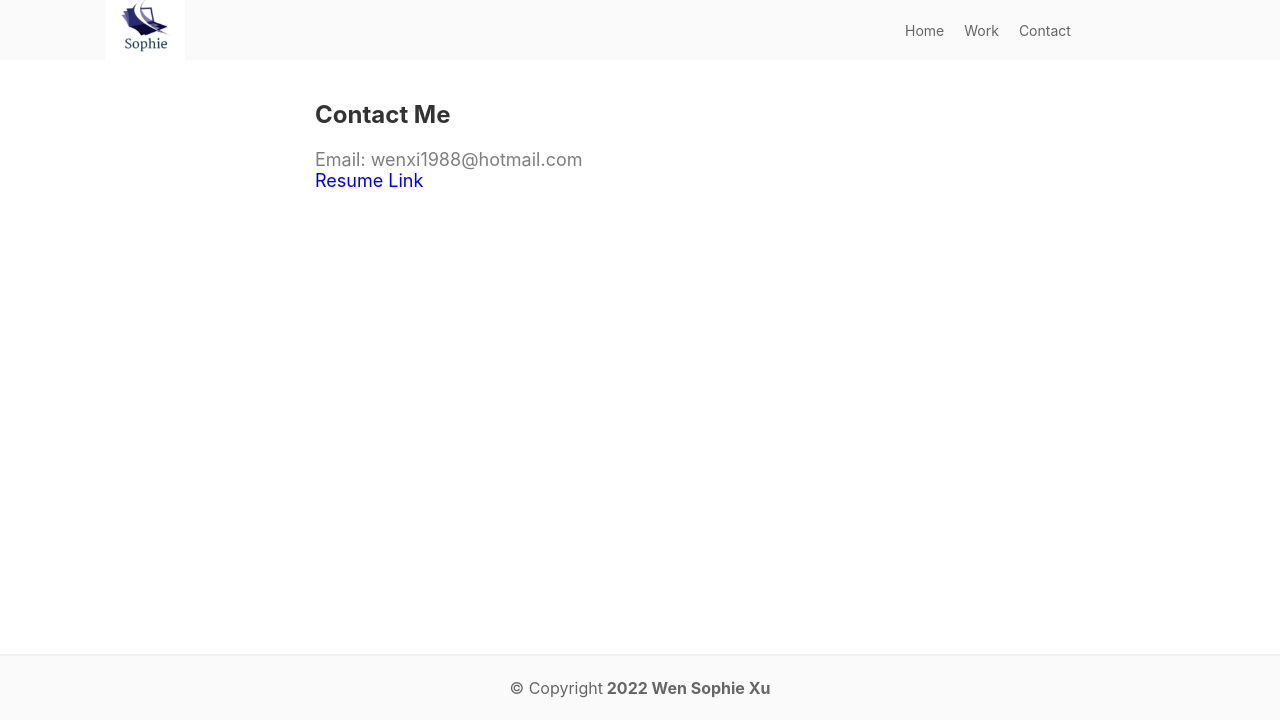
Repository: wenxi0504/myResume_app
Page: /contact
An editor plug-in stored every save of this project. The page is shown before and after the next save, followed by the edit.
The browser window is 1280 px wide. The pictures show the whole page.
The project was rebuilt for these pictures with package versions that can differ from the ones it lists, and the page was loaded fresh each time. Also part of the build but not shown: src/pages/HomePage/home.module.scss, src/pages/HomePage/index.js, src/pages/WorkPage/works.module.scss, src/components/WorkLists/work.module.scss, src/components/WorkLists/index.js, src/pages/WorkPage/index.js.

Above is the page before, as saved 2022-01-04 21:39:19.

### src/index.js
import React from 'react';
import ReactDOM from 'react-dom';
import './index.css';
import App from './pages/App';
import reportWebVitals from './reportWebVitals';
import { BrowserRouter as Router} from 'react-router-dom'



ReactDOM.render(
  <Router>
    <App />
  </Router>,
  document.getElementById('root')
);

// If you want to start measuring performance in your app, pass a function
// to log results (for example: reportWebVitals(console.log))
// or send to an analytics endpoint. Learn more: https://bit.ly/CRA-vitals
reportWebVitals();

### src/index.css
body {
  margin: 0;
  padding: 0;
  font-family: -apple-system, BlinkMacSystemFont, "Segoe UI", "Roboto", "Oxygen",
    "Ubuntu", "Cantarell", "Fira Sans", "Droid Sans", "Helvetica Neue",
    sans-serif;
  -webkit-font-smoothing: antialiased;
  -moz-osx-font-smoothing: grayscale;
}

code {
  font-family: source-code-pro, Menlo, Monaco, Consolas, "Courier New",
    monospace;
}


body, h1, h2, h3, h4, h5, h6, hr, p, blockquote, dl, dt, dd, ul, ol, li, pre, form, fieldset, legend, button, input, textarea, th, td {
  margin:0; padding:0;
}
body, button, input, select, textarea {
  font:12px/1.5tahoma, arial, \5b8b\4f53;
}
h1, h2, h3, h4, h5, h6{
  font-size:100%;
  color:rgb(51, 51, 51);
}
address, cite, dfn, em, var {
  font-style:normal;
}
code, kbd, pre, samp {
  font-family:couriernew, courier, monospace;
}
small{
  font-size:12px;
}
ul, ol {
  list-style:none;

}

a {
  text-decoration:none;
}

sup {
  vertical-align:text-top;
}
sub{
  vertical-align:text-bottom;
}
legend {
  color:#000;
}
fieldset, img {
  border:0;
}
button, input, select, textarea {
  font-size:100%;
}
table {
  border-collapse:collapse; border-spacing:0;
}


html,body,#root{
   width: 100%;
   height: 100%;
}

code {
  font-family: source-code-pro, Menlo, Monaco, Consolas, "Courier New",
    monospace;
}

### src/pages/App.js
import logo from "./logo.svg";
import styles from "./App.module.scss";
import { Link, Routes, Route } from "react-router-dom";
import HomePage from "./HomePage";
import WorkPage from "./WorkPage";
import Contact from "./Contact";
function App() {
  //get value of location

  return (
    <div className={styles.App}>
      {/*Header*/}
      <header className={styles.header}>
        <div className={styles.box}>
          <Link to="/">
            <div className={styles.boxleft}>
              <img src={require("../../src/assets/images/logo.jpg")} alt="sophie"/>
            </div>
          </Link>
          <div className={styles.boxright}>
            <Link to="/">
              <p>Home</p>
            </Link>
            <Link to="/works">
              <p>Work</p>
            </Link>
            <Link to="/contact">
              <p>Contact</p>
            </Link>
          </div>
        </div>
      </header>

      {/* Content */}
      <section className={styles.content}>
        <div>
          <Routes>
            <Route path="/" exact element={<HomePage />} />
            <Route path="/works" exact element={<WorkPage />} />
            <Route path="/contact" exact element={<Contact />} />
          </Routes>
        </div>
      </section>

      {/*footer*/}
      <footer className={styles.footer}>
        <p>
          © Copyright<b> 2022 Wen Sophie Xu</b>
        </p>
      </footer>
    </div>
  );
}

export default App;

### src/pages/App.module.scss
.App {
  display: flex;
  min-height: 100vh;
  flex-direction: column;
  .content {
    flex: 1;
    text-align: center;
  }
  .header {
    background-color: rgb(250, 250, 250);
    height: 60px;
    .selected {
      color: #333 !important;
      padding-bottom: 5px;
      border-bottom: 1.5px solid #333;
    }
    .box {
      width: 70%;
      height: 100%;

      display: flex;
      align-items: center;
      justify-content: space-between;
      a:hover {
        text-decoration: none;
      }
      .boxleft {
        img{
          width:80px;
          height:70px;
          object-fit:cover;
        }
        padding: 0px 5px 0px 100px;
        margin: 10px 5px;
      }


      .boxright {
        display: inline-flex;
        justify-content: flex-start;
        padding: 0px 5px 0px 100px;
        margin: 0px 5px 0px 600px;
        p {
          margin: 0px 10px;
          font-size: 14px;
          color: rgb(102, 102, 102);
        }
      }
      div {
        cursor: pointer;
      }
    }
  }
  .footer {
    text-align: center;
    padding: 20px 0px;
    margin-top: 10px;;
    color: rgb(102, 102, 102);
    background: #fafafa;
    border-top: 2px solid #f2f2f2;
    p {
      padding: 2px 0px;
    }
  }
}

### src/pages/Contact/index.js
// eslint-disable-next-line no-unused-vars
import React, { Component } from "react";
import styles from './contact.module.scss';

// eslint-disable-next-line import/no-anonymous-default-export
export default () => {
  return <div className={styles.wrap}>
    <div className={styles.box}>
      <div className={styles.title}>
        <h1>Contact Me</h1>
        <p>Email: wenxi1988@hotmail.com</p>
        <a  href={"https://onedrive.live.com/embed?cid=962C89212FFCD98B&resid=962C89212FFCD98B%2127301&authkey=ANmidHzG6CnqqhE"}>Resume Link</a>
      </div>
    </div>



  </div>;
};

### src/pages/Contact/contact.module.scss
.wrap {
  text-align: left;
  flex: 1;
  .box {
    width: 650px;
    margin: 0px auto;
    padding: 40px 0px;
    .title {
      h1 {
        font-size: 24px;
      }
      p {
        color: rgb(129, 126, 126);
        padding-top: 20px;
        font-size: 18px;
      }

      a {
        margin-top: 20px;
        padding-top: 60px;
        font-size: 18px;
      }
    }
  }
}

Loaded but not shown: public/index.html (common file); src/reportWebVitals.js (common file)

After the next save:
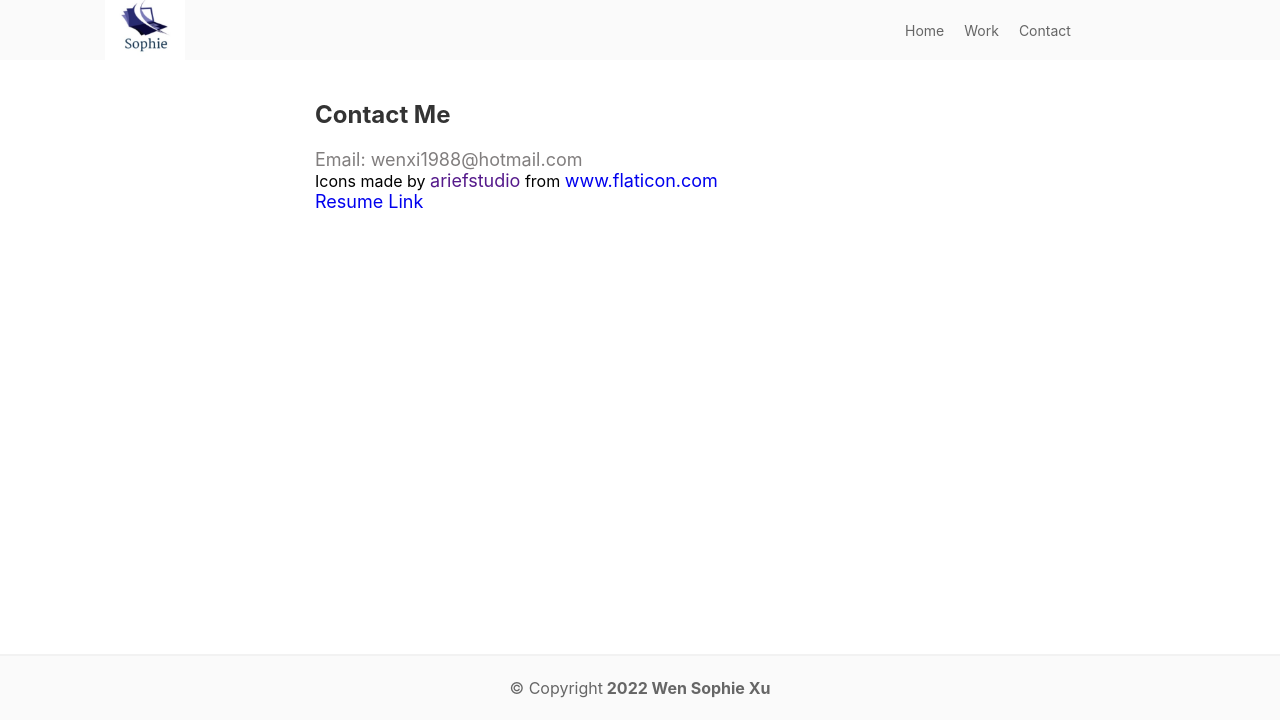
Saved 33 min 24 s later.
--- a/src/pages/Contact/index.js
+++ b/src/pages/Contact/index.js
@@ -9,7 +9,8 @@
       <div className={styles.title}>
         <h1>Contact Me</h1>
         <p>Email: wenxi1988@hotmail.com</p>
-        <a  href={"https://onedrive.live.com/embed?cid=962C89212FFCD98B&resid=962C89212FFCD98B%2127301&authkey=ANmidHzG6CnqqhE"}>Resume Link</a>
+
+        <div>Icons made by <a href="" title="ariefstudio">ariefstudio</a> from <a href="https://www.flaticon.com/" title="Flaticon">www.flaticon.com</a></div><a  href={"https://onedrive.live.com/embed?cid=962C89212FFCD98B&resid=962C89212FFCD98B%2127301&authkey=ANmidHzG6CnqqhE"}>Resume Link</a>
       </div>
     </div>
 

After the 3 saves that followed:
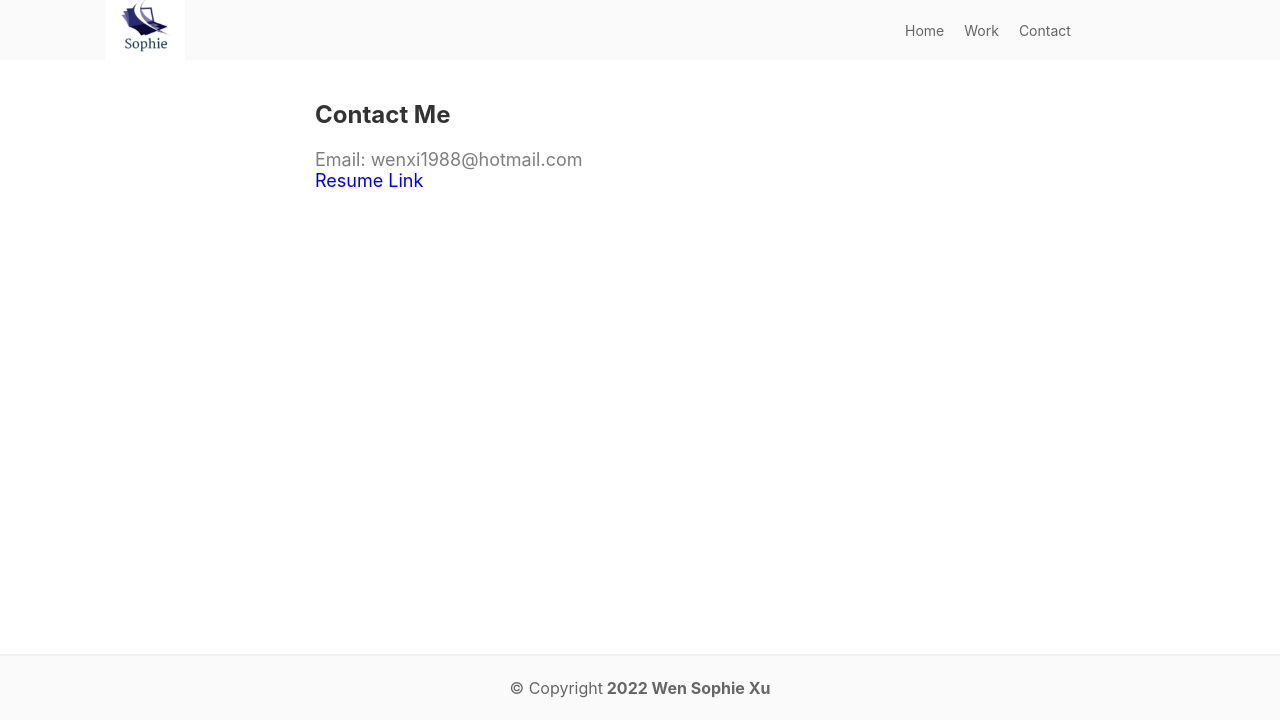
The 3 saves are shown as one change because 1 did not build or start and 1 left the picture as it was.
The last was saved 7 min 19 s later.
--- a/src/pages/Contact/index.js
+++ b/src/pages/Contact/index.js
@@ -10,11 +10,10 @@
         <h1>Contact Me</h1>
         <p>Email: wenxi1988@hotmail.com</p>
 
-        <div>Icons made by <a href="" title="ariefstudio">ariefstudio</a> from <a href="https://www.flaticon.com/" title="Flaticon">www.flaticon.com</a></div><a  href={"https://onedrive.live.com/embed?cid=962C89212FFCD98B&resid=962C89212FFCD98B%2127301&authkey=ANmidHzG6CnqqhE"}>Resume Link</a>
-      </div>
+        <a  href={"https://onedrive.live.com/embed?cid=962C89212FFCD98B&resid=962C89212FFCD98B%2127301&authkey=ANmidHzG6CnqqhE"}>Resume Link</a>
+
+          </div>
     </div>
-
-
 
   </div>;
 };
